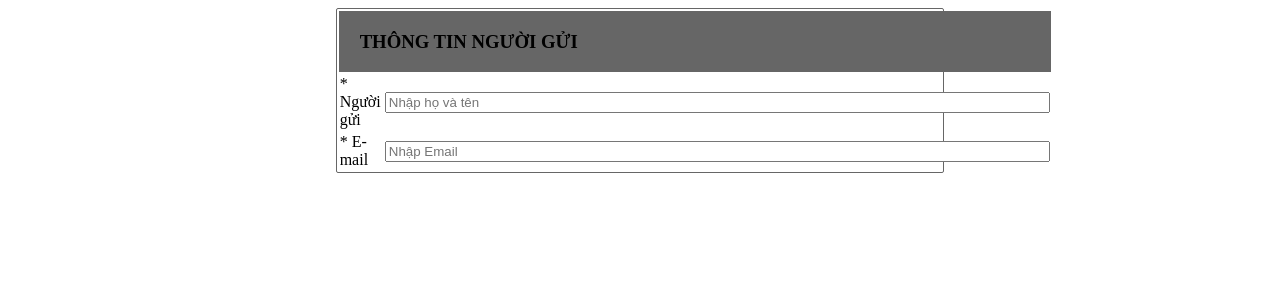
Repository: Tan-Khang21/TH_TKW--Buoi_04
Page: Bai_Tap_Mau/Bai_01/Bai_01.html
These files come from the project's save history. The page is drawn as it stood at one moment and after the next save; the edit follows.
The browser window is 1280 px wide. The pictures show the whole page.

Above is the page before, as saved 2024-03-05 20:13:48.

### Bai_Tap_Mau/Bai_01/Bai_01.html
<!DOCTYPE html>
<html lang="en">
  <head>
    <meta charset="UTF-8" />
    <meta name="viewport" content="width=device-width, initial-scale=1.0" />
    <title>Document</title>
  </head>
  <body>
    <form style="border: 1px solid #666;border-radius: 2px; width: 48%; margin: 0 auto">
      <table style="margin: 0 auto; width: 100%">
        <tr bgcolor="#666">
          <td colspan="2">
            <h3 style="margin-left: 20px; ">THÔNG TIN NGƯỜI GỬI</h3>
          </td>
        </tr>
        <tr height="50px">
          <td>* Người gửi</td>
          <td align="right" >
            <input style="height: 100%;" type="text" placeholder="Nhập họ và tên" size="80" />
          </td>
        </tr>
        <tr>
          <td>* E-mail</td>
          <td align="right">
            <input type="text" placeholder="Nhập Email" size="80" />
          </td>
        </tr>
      </table>
    </form>
  </body>
</html>

After the next save:
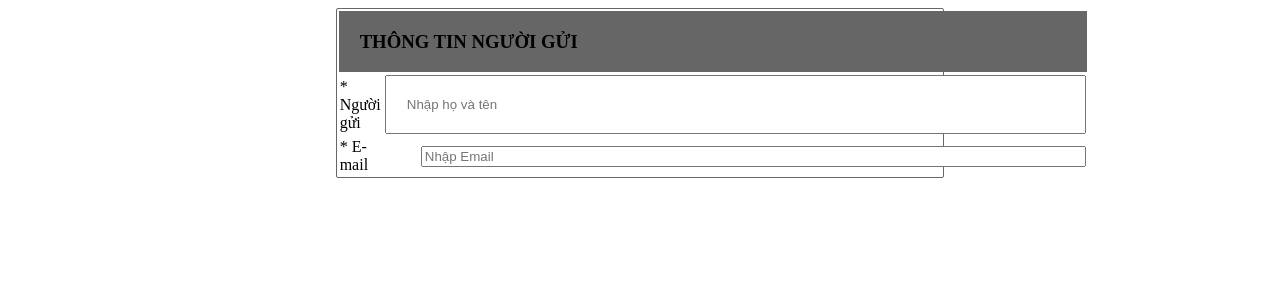
Saved 30 s later.
--- a/Bai_Tap_Mau/Bai_01/Bai_01.html
+++ b/Bai_Tap_Mau/Bai_01/Bai_01.html
@@ -16,7 +16,7 @@
         <tr height="50px">
           <td>* Người gửi</td>
           <td align="right" >
-            <input style="height: 100%;" type="text" placeholder="Nhập họ và tên" size="80" />
+            <input style="height: 100%; padding: 20px;" type="text" placeholder="Nhập họ và tên" size="80" />
           </td>
         </tr>
         <tr>
